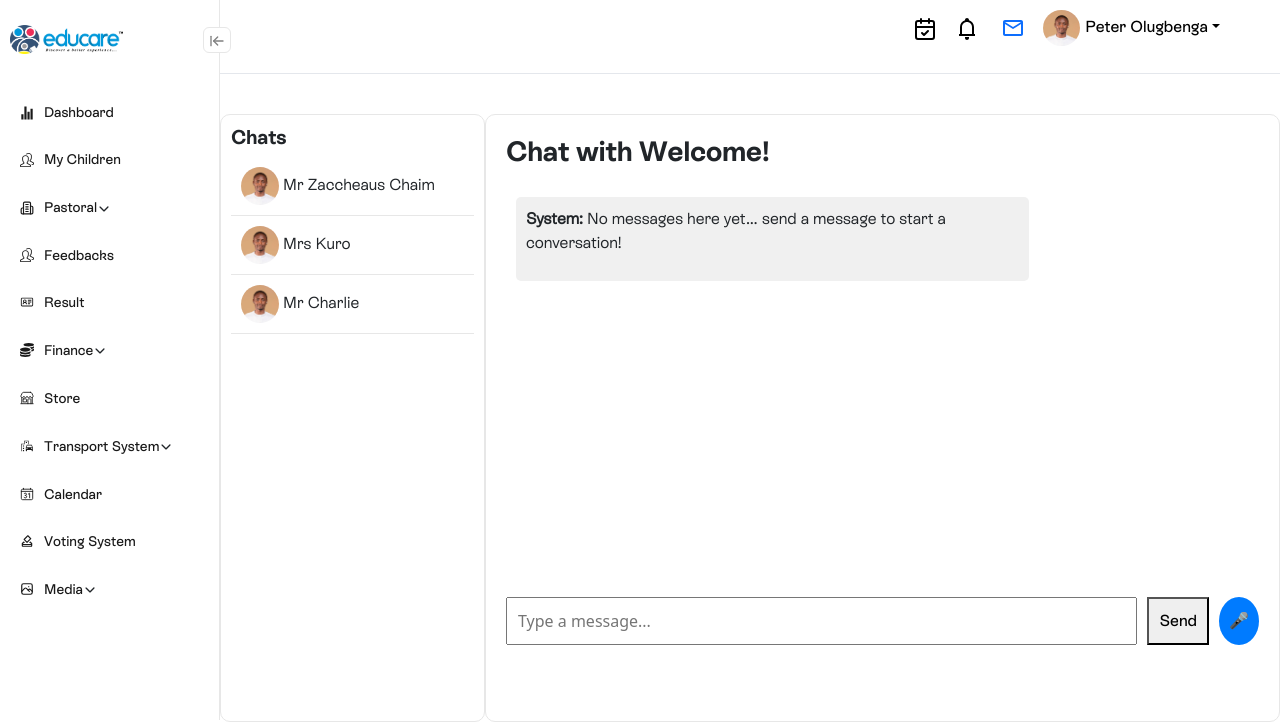
Repository: sarahnnanyelugo/educare-dashboards
Page: /chat-interface
An editor plug-in stored every save of this project. The page is shown before and after the next save, followed by the edit.
The browser window is 1280 px wide. The pictures show the whole page.
The project was rebuilt for these pictures with package versions that can differ from the ones it lists, and the page was loaded fresh each time. Also part of the build but not shown: src/Dashboards/Parents/Feedbacks/feedbacks.scss, src/components/AppTable/table.scss, src/components/AppTable/AppTable.js, src/Utils/DataUtils.js, src/components/Select/select.scss, src/components/Select/Select.js, src/components/Search/search.scss, src/components/Search/Search.js and 50 more.

Above is the page before, as saved 2024-11-27 12:27:43.

### src/App.js
import logo from "./logo.svg";
import "./App.scss";
import "bootstrap/dist/css/bootstrap.min.css";
import { BrowserRouter, Routes, Route, Link, Outlet } from "react-router-dom";
import { ParentsLayout } from "./Layouts/ParentsLayout";
import { MainNews } from "./pages/NewsPage/MainNews/MainNews";
import { NewsPage } from "./pages/NewsPage/NewsPage";
function App() {
  return (
    <>
      {" "}
      <Routes>
        <Route path="/*" element={<ParentsLayout />} />{" "}
        <Route path="news-page" element={<NewsPage />} />
        <Route path="main-news/:blog_id" element={<MainNews />} />
      </Routes>
    </>
  );
}

export default App;

### src/App.scss
.App-link {
  color: #61dafb;
}

@keyframes App-logo-spin {
  from {
    transform: rotate(0deg);
  }
  to {
    transform: rotate(360deg);
  }
}
@font-face {
  font-family: rebondG;
  src: url(./assets/fonts/Rebond_font/RebondG.otf);
}
@font-face {
  font-family: rebondG-Bold;
  src: url(./assets/fonts/Rebond_font/RebondG-Bold.otf);
}
@font-face {
  font-family: rebondG-Semi-Bold;
  src: url(./assets/fonts/Rebond_font/Rebond-semibold.otf);
}
@font-face {
  font-family: rebondG-Medium;
  src: url(./assets/fonts/Rebond_font/RebondGrotesqueMedium.otf);
}
@font-face {
  font-family: rebondBook;
  src: url(./assets/fonts/Rebond_font/RebondG-Book.ttf);
}
@font-face {
  font-family: rebondLight;
  src: url(./assets/fonts/Rebond_font/RebondGLight.otf);
}
@font-face {
  font-family: rebondMI;
  src: url(./assets/fonts/Rebond_font/RebondGrotesqueMediumitalic.otf);
}
p,
small,
link {
  font-family: rebondBook;
}
h1,
h2,
h3,
h4,
h5,
h6 {
  font-family: rebondG-Bold;
}
a {
  font-family: rebondG-Medium;
  text-decoration: none !important;
}
.card {
  border: 1px solid #e7e7e7 !important;
  border-radius: 10px !important;
}
select {
  border: none;
  background: #fff;
  padding: 7px;
  border-radius: 10px;
  width: 95%;
  font-size: 14px !important;
  font-family: rebondBook !important;
}
hr {
  border: solid 1px #c0bebe !important;
}
.app-btn {
  margin-top: 30px;
  border: solid 1px #e7e7e7;
  border-radius: 36px;
  background: #0098da;
  color: #fff;
  font-family: rebondBook;
  padding: 5px 20px;
  margin-left: 10px;
}
button {
  font-family: rebondG-Medium !important;
}
.page-session {
  border: solid 1px #e7e7e7;
  padding: 20px;
  border-radius: 10px;
  margin-top: 30px;
}

### src/Layouts/ParentsLayout.js
import React from "react";
import { Routes, Route, Navigate } from "react-router-dom";
import { TopNav } from "../components/TopNav/TopNav";
import Feedbacks from "../Dashboards/Parents/Feedbacks/Feedbacks";
import { MainView } from "../Dashboards/Parents/MainView/MainView";
import { MyChildren } from "../Dashboards/Parents/MyChildren/MyChildren";
import ExeatRequests from "../Dashboards/Parents/Pastoral/ExeatRequests";
import HostelReport from "../Dashboards/Parents/Pastoral/HostelReport";
import PastoralReport from "../Dashboards/Parents/Pastoral/PastoralReport";
import { Result } from "../Dashboards/Parents/Result/Result";
import { SideNav } from "../components/SideNav/SideNav";
import { Wallet } from "../Dashboards/Parents/Finance/Wallet";
import { PocketMoney } from "../Dashboards/Parents/Finance/PocketMoney";
import { Invoices } from "../Dashboards/Parents/Finance/Invoices";
import { TransactionHistory } from "../Dashboards/Parents/Finance/TransactionHistory";
import { Store } from "../Dashboards/Parents/Store/Store";
import Event from "../Dashboards/Parents/Calendar/Calendar";
import { VotingSystem } from "../Dashboards/Parents/VotingSystem/VotingSystem";
import { TransportSystem } from "../Dashboards/Parents/TransportSystem/TransportSystem";
import PhotoJournal from "../Dashboards/Parents/Media/PhotoJournals";
import TaggedPost from "../Dashboards/Parents/Media/TaggedPost";
import ChatInterface from "../components/TopNav/ChatInterface/ChatInterface";
export const ParentsLayout = () => {
  return (
    <>
      <div className="d-md-flex">
        <div className="col-md-">
          <SideNav />
        </div>
        <div className="container-fluid" style={{ padding: "0px 0px" }}>
          <TopNav />
          <Routes>
            <Route path="/" element={<MainView />} />{" "}
            <Route path="/my-children" element={<MyChildren />} />{" "}
            <Route path="/result" element={<Result />} />{" "}
            <Route path="/feedbacks" element={<Feedbacks />} />{" "}
            <Route path="/pastoral-report" element={<PastoralReport />} />{" "}
            <Route path="/exeat-requests" element={<ExeatRequests />} />{" "}
            <Route path="/hostel-report" element={<HostelReport />} />{" "}
            <Route path="/wallet" element={<Wallet />} />{" "}
            <Route path="/pocket-money" element={<PocketMoney />} />{" "}
            <Route path="/invoices" element={<Invoices />} />{" "}
            <Route path="/store" element={<Store />} />{" "}
            <Route path="/calendar" element={<Event />} />{" "}
            <Route path="/chat-interface" element={<ChatInterface />} />{" "}
            <Route
              path="/transaction-history"
              element={<TransactionHistory />}
            />{" "}
            <Route path="/voting-system" element={<VotingSystem />} />{" "}
            <Route path="/transport-system" element={<TransportSystem />} />{" "}
            <Route path="/photo-journals" element={<PhotoJournal />} />{" "}
            <Route path="/tagged-posts" element={<TaggedPost />} />{" "}
          </Routes>
        </div>
      </div>
    </>
  );
};

### src/components/TopNav/TopNav.js
import React from "react";
import "./top-nav.scss";
import { LuCalendarCheck } from "react-icons/lu";
import { CgBell } from "react-icons/cg";
import { MdOutlineEmail } from "react-icons/md";
import Container from "react-bootstrap/Container";
import Nav from "react-bootstrap/Nav";
import Navbar from "react-bootstrap/Navbar";
import Icon5 from "../../assets/images/peter.png";
import { FaRegUser } from "react-icons/fa";

import Dropdown from "react-bootstrap/Dropdown";
import { IoIosLogOut } from "react-icons/io";
import { Link } from "react-router-dom";

export const TopNav = () => {
  return (
    <div className="top-nav-container">
      <ul className="list-inline">
        <li className="list-inline-item">
          <div className="profile-drop profile-drop2">
            <Dropdown>
              <Dropdown.Toggle>
                <LuCalendarCheck style={{ fontSize: "24px" }} />
              </Dropdown.Toggle>

              <Dropdown.Menu>
                <Dropdown.Item href="/dashboard-selector">
                  <h6>Unapproved Results</h6>
                </Dropdown.Item>
                <hr />
              </Dropdown.Menu>
            </Dropdown>
          </div>
        </li>
        <li className="list-inline-item">
          <div className="profile-drop profile-drop2">
            <Dropdown>
              <Dropdown.Toggle>
                <CgBell style={{ fontSize: "24px" }} />
              </Dropdown.Toggle>

              <Dropdown.Menu>
                <Dropdown.Item href="/dashboard-selector">
                  <h6>Notifications</h6>
                </Dropdown.Item>
                <hr />
              </Dropdown.Menu>
            </Dropdown>
          </div>
        </li>{" "}
        <li className="list-inline-item">
          <Link to={"/chat-interface"}>
            {" "}
            <MdOutlineEmail style={{ fontSize: "24px" }} />
          </Link>
        </li>
        <li className="list-inline-item">
          <div className="profile-drop">
            <Dropdown>
              <Dropdown.Toggle>
                <img src={Icon5} width="37px" />
                Peter Olugbenga
              </Dropdown.Toggle>

              <Dropdown.Menu>
                <Dropdown.Item href="/dashboard-selector">
                  <h6> Peter Olugbenga</h6>
                  <small>olasunkanifiness@gmail.com</small>
                </Dropdown.Item>
                <hr />
                <Dropdown.Item>
                  <FaRegUser style={{ marginRight: "10px" }} />
                  Profile
                </Dropdown.Item>
                <Dropdown.Item>
                  <IoIosLogOut style={{ marginRight: "10px" }} />
                  Sign out
                </Dropdown.Item>
              </Dropdown.Menu>
            </Dropdown>
          </div>
        </li>
      </ul>
    </div>
  );
};

### src/components/TopNav/ChatInterface/ChatInterface.js
import React, { useState } from "react";
import { ChatWindow } from "./ChatWindow";
import Contacts from "./Contacts";
import { contacts, messages } from "../../../TestData/chatContactData";

const ChatInterface = () => {
  const [selectedContactId, setSelectedContactId] = useState(null);

  // Default message for when no contact is selected
  const defaultMessages = [
    {
      sender: "System",
      text: "No messages here yet… send a message to start a conversation!",
    },
  ];

  const currentMessages = selectedContactId
    ? messages[selectedContactId]
    : defaultMessages;
  const currentContactName = selectedContactId
    ? contacts.find((c) => c.id === selectedContactId).name
    : "Welcome!";

  return (
    <div className="chat-interface">
      <Contacts
        contacts={contacts}
        onSelectContact={setSelectedContactId}
        activeContactId={selectedContactId}
      />
      <ChatWindow
        messages={currentMessages}
        selectedContact={currentContactName}
      />
    </div>
  );
};

export default ChatInterface;

### src/components/TopNav/top-nav.scss
.top-nav-container {
  height: 74px;
  border-bottom: solid 1px #e4e7ec;
  //   padding-top: 20px;
  padding-right: 50px;
  ul {
    float: right;
    li {
      margin: 10px;
    }
  }
  .profile-drop {
    .btn {
      padding: 0;
      background: #fff !important;
      border: none !important;
      color: #000;
      font-family: rebondG-Medium;
      font-size: 16px;
      img {
        border-radius: 100%;
        margin-right: 5px;
      }
    }
    .dropdown-menu {
      border: solid 1px #d0d5dd;
      font-family: montM;
      box-shadow: 0px 1px 3px #1018281a;
      border: 1px solid #e4e7ec;
      border-radius: 10px;
      min-height: 150px;
      width: 230px !important;
      padding: 5px 10px;
      font-size: 14px;
      a {
        padding: 10px;
      }
      h6 {
        margin-bottom: 0;
      }
      small {
        color: #9d9ea1;
        font-size: 12px;
      }
      hr {
        border: solid 1px #d0d5dd;
        margin-top: 0;
        margin-bottom: 0;
      }
    }
  }
}
.profile-drop2 {
  .dropdown-toggle::after {
    display: none;
  }
}

### src/components/SideNav/SidebarData.js
import React from "react";
import * as FaIcons from "react-icons/fa";
import * as AiIcons from "react-icons/ai";
import * as IoIcons from "react-icons/io";

export const SidebarData = [
  {
    name: "Dashboard",
    icon: "IoStatsChartSharp",
    url: "/",
  },
  {
    name: "My Children",
    icon: "SlPeople",
    url: "/my-children",
  },
  {
    name: "Pastoral",
    icon: "LuBuilding2",
    url: "/pastoral",
    accordion: true,
    accordionContent: [
      { name: "Pastoral Report", url: "/pastoral-report" },
      { name: "Exeat Requests", url: "/exeat-requests" },
      { name: "Hostel Report", url: "/hostel-report" },
    ],
  },
  {
    name: "Feedbacks",
    icon: "SlPeople",
    url: "/feedbacks",
  },
  {
    name: "Result",
    icon: "LiaIdCardSolid",
    url: "/result",
  },
  {
    name: "Finance",
    icon: "FaCoins",
    url: "/finance",
    accordion: true,
    accordionContent: [
      { name: "Wallet", url: "/wallet" },
      { name: "Pocket Money", url: "/pocket-money" },
      { name: "Invoices", url: "/invoices" },
      { name: "Transaction History", url: "/transaction-history" },
    ],
  },
  {
    name: "Store",
    icon: "IoStorefrontOutline",
    url: "/store",
  },
  {
    name: "Transport System",
    icon: "MdOutlineEmojiTransportation",
    accordion: true,
    accordionContent: [
      { name: "Bus", url: "/transport-system" },
      { name: "Pickup", url: "/pickup" },
    ],
  },
  {
    name: "Calendar",
    icon: "IoCalendarNumberOutline",
    url: "/calendar",
  },
  {
    name: "Voting System",
    icon: "MdOutlineHowToVote",
    url: "/voting-system",
  },
  {
    name: "Media",
    icon: "TbPhoto",

    accordion: true,
    accordionContent: [
      { name: "Photo Journals", url: "/photo-journals" },
      { name: "Tagged Posts", url: "/tagged-posts" },
    ],
  },
];

### src/components/SideNav/side-nav.scss
.side-nav-div {
  background: rgb(255, 255, 255);
  padding: 0 !important;

  .nav-inner {
    padding: 25px 5px 5px 10px;
    display: flex;
    align-items: center;
  }
  border-right: 1px solid #e7e7e7;
  a {
    color: #191919;
    font-size: 14px;

    border-radius: 6px;
  }
  ul {
    // background: red;
    li {
      margin: 5px 15px !important;
      padding: 8px 10px 8px 5px;
      &:hover {
        border-radius: 6px;

        background: #fafafa;
      }
    }
  }
  .list-group-item {
    margin: 5px 15px !important;
    padding: 8px 10px 8px 5px;
    border: none;
    &:hover {
      border-radius: 6px;

      background: #fafafa;
    }
  }
  ol {
    // background: red;
    li {
      &:hover {
        background: #fafafa;
        border-radius: 6px;
      }
    }
  }
  .accordion-button {
    padding: 3px 0 3px 0px !important;
    margin-left: 0 !important;
    font-size: 14px;
    font-family: rebondG-Medium !important;

    background: transparent !important;
    width: 100% !important;
  }
  .accordion-body {
    border-left: 1px solid #e7e7e7;
    margin-top: 20px;
    padding: 0 !important;
    ol {
      li {
        font-size: 10px;
      }
    }
  }
  .accordion-button:not(.collapsed) {
    border-bottom: 0 !important;
    width: 100% !important;
  }
  .accordion-button::after {
    display: none;
  }
  .accordion-item {
    border: none !important;
  }
  .active-link {
    color: #0098da; /* Change to your desired active link color */
    font-weight: bold;
    padding: 8px 10px 8px 5px;
    font-size: 14px;
    background-color: #e6f7ff;
    width: 100% !important;
  }
}
.link-span {
  width: 100% !important;
}

### src/components/TopNav/ChatInterface/ChatWindow.js
import React, { useState, useEffect } from "react";
import "./chat.scss";
const formatTime = (date) => {
  const hours = date.getHours();
  const minutes = date.getMinutes();
  const ampm = hours >= 12 ? "PM" : "AM";
  const formattedHours = hours % 12 || 12; // Convert 24-hour to 12-hour
  const formattedMinutes = minutes < 10 ? "0" + minutes : minutes;
  return `${formattedHours}:${formattedMinutes} ${ampm}`;
};
export const ChatWindow = ({ messages, selectedContact }) => {
  const [chatMessages, setChatMessages] = useState([]);
  const [newMessage, setNewMessage] = useState("");
  const [recording, setRecording] = useState(false);
  const [mediaRecorder, setMediaRecorder] = useState(null);
  const [audioChunks, setAudioChunks] = useState([]);
  useEffect(() => {
    setChatMessages(messages);
  }, [messages]);
  useEffect(() => {
    console.log(audioChunks);
  }, [audioChunks]);
  const handleSend = () => {
    if (newMessage.trim()) {
      // Get the current time when the message is sent
      const currentTime = formatTime(new Date());

      const newChatMessage = {
        sender: "You",
        text: newMessage,
        time: currentTime,
      };

      // Add the new message to the chat messages
      setChatMessages((prevMessages) => [...prevMessages, newChatMessage]);

      // Clear the input box after sending the message
      setNewMessage("");
    }
  };
  const handleStartRecording = async () => {
    try {
      const stream = await navigator.mediaDevices.getUserMedia({ audio: true });
      console.log("Microphone access granted.");

      const recorder = new MediaRecorder(stream);
      const chunks = [];

      recorder.ondataavailable = (event) => {
        if (event.data.size > 0) {
          console.log("Audio chunk received:", event.data);
          chunks.push(event.data);
        }
      };

      recorder.onstop = () => {
        if (chunks.length > 0) {
          console.log("Recording stopped. Creating audio blob...");
          const audioBlob = new Blob(chunks, { type: "audio/webm" });
          const audioUrl = URL.createObjectURL(audioBlob);

          // Add audio message to the chat
          const currentTime = formatTime(new Date());
          setChatMessages((prevMessages) => [
            ...prevMessages,
            {
              sender: "You",
              text: null,
              audio: audioUrl,
              time: currentTime,
            },
          ]);
        } else {
          console.error("No audio data captured.");
        }
      };

      recorder.start();
      console.log("Recording started.");
      setMediaRecorder(recorder);
      setRecording(true);
    } catch (error) {
      console.error("Error accessing microphone:", error);
      alert("Microphone access is required for voice recording.");
    }
  };
  const handleStopRecording = () => {
    if (mediaRecorder) {
      mediaRecorder.stop();
      setRecording(false);
    }
  };

  return (
    <div className="chat-window card col-md-9">
      <h3>Chat with {selectedContact}</h3>
      <div className="message-list">
        {chatMessages.map((msg, index) => (
          <div
            key={index}
            className={`message ${msg.sender === "You" ? "sent" : "received"}`}
          >
            {msg.text ? (
              <p>
                <strong>{msg.sender}:</strong> {msg.text}
              </p>
            ) : (
              <audio controls>
                <source src={msg.audio} type="audio/webm" />
              </audio>
            )}
            <span className="message-time">{msg.time}</span>
          </div>
        ))}
      </div>
      <div className="input-box">
        <input
          type="text"
          value={newMessage}
          onChange={(e) => setNewMessage(e.target.value)}
          placeholder="Type a message..."
        />
        <button onClick={handleSend}>Send</button>
        <button
          onClick={recording ? handleStopRecording : handleStartRecording}
          className={`record-button ${recording ? "recording" : ""}`}
        >
          🎤
        </button>
      </div>
    </div>
  );
};

### src/components/TopNav/ChatInterface/Contacts.js
import React from "react";
const Contacts = ({ contacts, onSelectContact, activeContactId }) => {
  return (
    <div className="chat-contacts card col-md-3">
      <h5>Chats</h5>
      <ul>
        {contacts.map((contact) => (
          <li
            key={contact.id}
            className={contact.id === activeContactId ? "active" : ""}
            onClick={() => onSelectContact(contact.id)}
          >
            <img src={contact.profilePicture} width="38px" height="38px" />{" "}
            {contact.name}
          </li>
        ))}
      </ul>
    </div>
  );
};

export default Contacts;

### src/TestData/chatContactData.js
import Img1 from "../assets/images/peter.png";

export const contacts = [
  { id: 1, name: "Mr Zaccheaus Chaim", profilePicture: Img1 },
  { id: 2, name: "Mrs Kuro", profilePicture: Img1 },
  { id: 3, name: "Mr Charlie", profilePicture: Img1 },
];

export const messages = {
  1: [
    { sender: "Alice", text: "Hi there!" },
    { sender: "You", text: "Hello Alice!" },
  ],
  2: [
    { sender: "Bob", text: "How are you?" },
    { sender: "You", text: "I'm good, thanks!" },
  ],
  3: [
    { sender: "Charlie", text: "Hey, long time no see!" },
    { sender: "You", text: "Yeah, it's been a while." },
  ],
};

### src/components/TopNav/ChatInterface/chat.scss
.chat-interface {
  display: flex;
  min-height: 90vh;
  width: 100%;
}
.chat-contacts {
  //   width: 25%;
  background-color: #fff;
  padding: 10px;
  border-right: 1px solid #ddd;
  margin-top: 40px;
  img {
    border-radius: 100%;
  }
  ul {
    list-style: none;
    padding: 0;
    margin: 0;
  }
  li {
    padding: 10px;
    cursor: pointer;

    font-family: rebondBook;
    border-bottom: solid 1px #e7e7e7;
    &:hover {
      background-color: #f0f0f0;
    }
  }
}
.chat-contacts li.active {
  background-color: #0098da;
  color: white;
  font-weight: bold;
  border-radius: 12px;
}
.chat-window {
  padding: 20px;
  display: flex;
  flex-direction: column;
  margin-top: 40px;
}

.message-list {
  flex: 1;
  overflow-y: auto;
  margin-bottom: 10px;
}

.message {
  padding: 10px;
  margin-bottom: 5px;
}

.message.sent {
  align-self: flex-end;
  background-color: #e1ffc7;
}

.message.received {
  align-self: flex-start;
  background-color: #f0f0f0;
}

.input-box {
  display: flex;
}

.input-box input {
  flex: 1;
  padding: 10px;
}

.input-box button {
  padding: 10px;
}
.no-messages {
  text-align: center;
  color: #888;
  font-style: italic;
  margin: 20px 0;
}
.message {
  margin: 10px 0;
  padding: 10px;
  border-radius: 5px;
  max-width: 70%;
}

.message.sent {
  background-color: #e1ffc7;
  align-self: flex-end;
  text-align: right;
}

.message.received {
  background-color: #f0f0f0;
  align-self: flex-start;
  text-align: left;
}

.message-list {
  display: flex;
  flex-direction: column;
  gap: 10px;
  overflow-y: auto;
  padding: 10px;
  flex: 1;
  max-height: 400px; /* Adjust based on your layout */
}

.input-box {
  display: flex;
  gap: 10px;
  margin-top: 10px;
}
/* Recording button styles */
.record-button {
  background-color: #007bff;
  color: white;
  border: none;
  padding: 10px;
  border-radius: 50%;
  cursor: pointer;
}

.record-button.recording {
  background-color: #ff4d4d;
  animation: pulse 1s infinite;
}

@keyframes pulse {
  0% {
    transform: scale(1);
  }
  50% {
    transform: scale(1.1);
  }
  100% {
    transform: scale(1);
  }
}

Loaded but not shown: public/index.html (common file); src/index.js (common file); src/index.css (common file); src/reportWebVitals.js (common file); src/components/SideNav/SideNav.js (225 lines, source omitted); src/Dashboards/Parents/TransportSystem/transport-system.scss (no stored copy; drawn as an empty file)

After the next save:
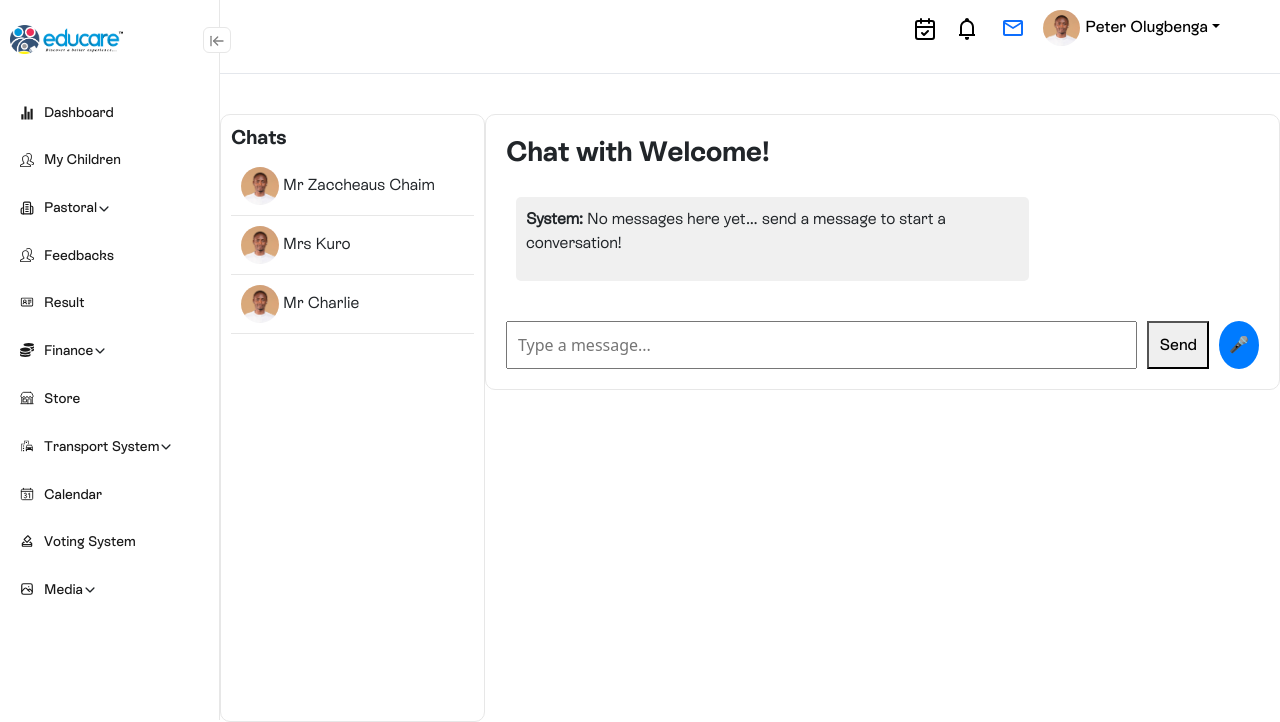
Saved 65 s later.
--- a/src/components/TopNav/ChatInterface/ChatWindow.js
+++ b/src/components/TopNav/ChatInterface/ChatWindow.js
@@ -92,41 +92,46 @@ export const ChatWindow = ({ messages, selectedContact }) => {
   };
 
   return (
-    <div className="chat-window card col-md-9">
-      <h3>Chat with {selectedContact}</h3>
-      <div className="message-list">
-        {chatMessages.map((msg, index) => (
-          <div
-            key={index}
-            className={`message ${msg.sender === "You" ? "sent" : "received"}`}
+    <div className="col-md-9">
+      {" "}
+      <div className="chat-window card col-md-12">
+        <h3>Chat with {selectedContact}</h3>
+        <div className="message-list">
+          {chatMessages.map((msg, index) => (
+            <div
+              key={index}
+              className={`message ${
+                msg.sender === "You" ? "sent" : "received"
+              }`}
+            >
+              {msg.text ? (
+                <p>
+                  <strong>{msg.sender}:</strong> {msg.text}
+                </p>
+              ) : (
+                <audio controls>
+                  <source src={msg.audio} type="audio/webm" />
+                </audio>
+              )}
+              <span className="message-time">{msg.time}</span>
+            </div>
+          ))}
+        </div>
+        <div className="input-box">
+          <input
+            type="text"
+            value={newMessage}
+            onChange={(e) => setNewMessage(e.target.value)}
+            placeholder="Type a message..."
+          />
+          <button onClick={handleSend}>Send</button>
+          <button
+            onClick={recording ? handleStopRecording : handleStartRecording}
+            className={`record-button ${recording ? "recording" : ""}`}
           >
-            {msg.text ? (
-              <p>
-                <strong>{msg.sender}:</strong> {msg.text}
-              </p>
-            ) : (
-              <audio controls>
-                <source src={msg.audio} type="audio/webm" />
-              </audio>
-            )}
-            <span className="message-time">{msg.time}</span>
-          </div>
-        ))}
-      </div>
-      <div className="input-box">
-        <input
-          type="text"
-          value={newMessage}
-          onChange={(e) => setNewMessage(e.target.value)}
-          placeholder="Type a message..."
-        />
-        <button onClick={handleSend}>Send</button>
-        <button
-          onClick={recording ? handleStopRecording : handleStartRecording}
-          className={`record-button ${recording ? "recording" : ""}`}
-        >
-          🎤
-        </button>
+            🎤
+          </button>
+        </div>
       </div>
     </div>
   );
